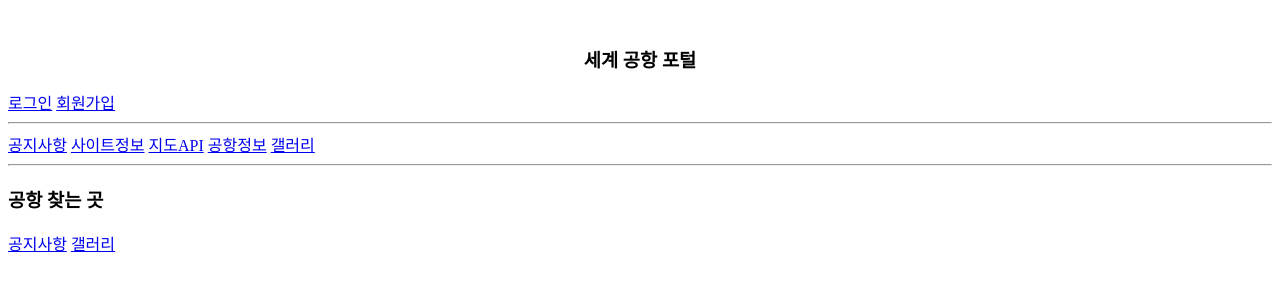
Repository: Gansaw/Airport_Portal
Page: http://localhost/home
These files come from the project's save history. The page is drawn as it stood at one moment and after the next save; the edit follows.
The browser window is 1280 px wide. The pictures show the whole page.
The page is this project's Thymeleaf template; nobody is signed in. The template is opened directly, without the code that normally fills it, so the values that code supplies are empty.

Above is the page before, as saved 2023-07-27 07:31:02.

### WebServiceDevelop/WebProject/src/main/resources/templates/home.html
<!DOCTYPE html>
<html>
<head>
<meta charset="EUC-KR">
<title>Welcome</title>
</head>
<body>
	<br>
	<h3 align = "center">세계 공항 포털</h3>
	<div class = "header">
		<a href="logins/login">로그인</a>
		<a href="logins/signup">회원가입</a>
	</div>
	<hr>
		<div class="links-container">
			<a href="getNoticeList">공지사항</a>
			<a href="siteInfo">사이트정보</a>
			<a href="mapApi">지도API</a>
			<a href="airportInfo">공항정보</a>
			<a href="getGalleryList">갤러리</a>
		</div>
	<hr>
	<div>
		<h3>공항 찾는 곳</h3>
	</div>
	<div>
		<a th:href="@{/getNoticeList}">공지사항</a>
		<a th:href="@{/getGalleryList}">갤러리</a>
	</div>

</body>
</html>

After the next save:
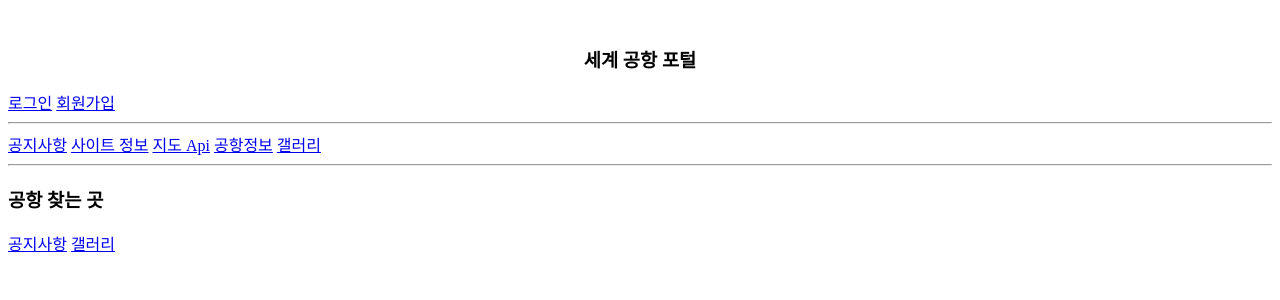
Saved 63 s later.
--- a/WebServiceDevelop/WebProject/src/main/resources/templates/home.html
+++ b/WebServiceDevelop/WebProject/src/main/resources/templates/home.html
@@ -13,9 +13,9 @@
 	</div>
 	<hr>
 		<div class="links-container">
-			<a href="getNoticeList">공지사항</a>
-			<a href="siteInfo">사이트정보</a>
-			<a href="mapApi">지도API</a>
+			<a th:href="@{/getNoticeList}">공지사항</a>
+			<a th:href="@{/siteInfo}">사이트 정보</a>
+			<a th:href="@{/mapApi}">지도 Api</a>
 			<a href="airportInfo">공항정보</a>
 			<a href="getGalleryList">갤러리</a>
 		</div>
